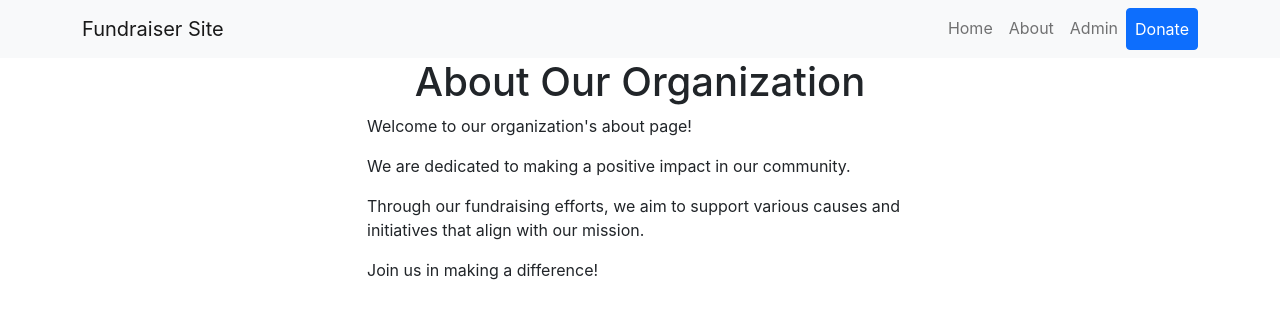
Repository: DragonFruit8/Fundraiser-Page
Page: /about
These files come from the project's save history. The page is drawn as it stood at one moment and after the next save; the edit follows.
The browser window is 1280 px wide. The pictures show the whole page.
The project was rebuilt for these pictures with package versions that can differ from the ones it lists, and the page was loaded fresh each time. Also part of the build but not shown: src/pages/Home.js, src/pages/Donate.js, src/pages/Admin.js.

Above is the page before, as saved 2024-07-19 12:45:23.

### public/index.html
<!DOCTYPE html>
<html lang="en">
  <head>
    <meta charset="utf-8" />
    <link rel="icon" href="%PUBLIC_URL%/favicon.ico" />
    <meta name="viewport" content="width=device-width, initial-scale=1" />
    <meta name="theme-color" content="#000000" />
    <meta
      name="description"
      content="Web site created using create-react-app"
    />
    <link rel="apple-touch-icon" href="%PUBLIC_URL%/logo192.png" />
    <link
      href="https://cdn.jsdelivr.net/npm/bootstrap@5.0.2/dist/css/bootstrap.min.css"
      rel="stylesheet"
      integrity="sha384-EVSTQN3/azprG1Anm3QDgpJLIm9Nao0Yz1ztcQTwFspd3yD65VohhpuuCOmLASjC"
      crossorigin="anonymous"
    />
    <!--
      manifest.json provides metadata used when your web app is installed on a
      user's mobile device or desktop. See https://developers.google.com/web/fundamentals/web-app-manifest/
    -->
    <link rel="manifest" href="%PUBLIC_URL%/manifest.json" />
    <!--
      Notice the use of %PUBLIC_URL% in the tags above.
      It will be replaced with the URL of the `public` folder during the build.
      Only files inside the `public` folder can be referenced from the HTML.

      Unlike "/favicon.ico" or "favicon.ico", "%PUBLIC_URL%/favicon.ico" will
      work correctly both with client-side routing and a non-root public URL.
      Learn how to configure a non-root public URL by running `npm run build`.
    -->
    <title>React App</title>
  </head>
  <body>
    <noscript>You need to enable JavaScript to run this app.</noscript>
    <div id="root"></div>
    <!--
      This HTML file is a template.
      If you open it directly in the browser, you will see an empty page.

      You can add webfonts, meta tags, or analytics to this file.
      The build step will place the bundled scripts into the <body> tag.

      To begin the development, run `npm start` or `yarn start`.
      To create a production bundle, use `npm run build` or `yarn build`.
    -->
    <script
      src="https://cdn.jsdelivr.net/npm/bootstrap@5.0.2/dist/js/bootstrap.bundle.min.js"
      integrity="sha384-MrcW6ZMFYlzcLA8Nl+NtUVF0sA7MsXsP1UyJoMp4YLEuNSfAP+JcXn/tWtIaxVXM"
      crossorigin="anonymous"
    ></script>
    <script
      src="https://cdn.jsdelivr.net/npm/@popperjs/core@2.9.2/dist/umd/popper.min.js"
      integrity="sha384-IQsoLXl5PILFhosVNubq5LC7Qb9DXgDA9i+tQ8Zj3iwWAwPtgFTxbJ8NT4GN1R8p"
      crossorigin="anonymous"
    ></script>
    <script
      src="https://cdn.jsdelivr.net/npm/bootstrap@5.0.2/dist/js/bootstrap.min.js"
      integrity="sha384-cVKIPhGWiC2Al4u+LWgxfKTRIcfu0JTxR+EQDz/bgldoEyl4H0zUF0QKbrJ0EcQF"
      crossorigin="anonymous"
    ></script>
  </body>
</html>

### src/App.js
import React from 'react';
import { BrowserRouter as Router, Route, Routes } from 'react-router-dom';
import Home from './pages/Home';
import About from './pages/About';
import Donate from './pages/Donate';
import Admin from './pages/Admin';
import Navbar from './components/Navbar';

const App = () => {
  return (
    <Router>
      <Navbar />
      <Routes>
        <Route path="/" element={<Home />} />
        <Route path="/about" element={<About />} />
        <Route path="/donate" element={<Donate />} />
        <Route path="/admin" element={<Admin />} />
      </Routes>
    </Router>
  );
};

export default App;

### src/pages/About.js
import React from 'react';

const About = () => {
    return (
        <div className="container">
            <h1 className="text-center">About Our Organization</h1>
            <div className="row justify-content-center">
                <div className="col-md-6">
                    <p>Welcome to our organization's about page!</p>
                    <p>We are dedicated to making a positive impact in our community.</p>
                    <p>Through our fundraising efforts, we aim to support various causes and initiatives that align with our mission.</p>
                    <p>Join us in making a difference!</p>
                </div>
            </div>
        </div>
    );
};

export default About;

### src/components/Navbar.js
import React from 'react';
import { Link } from 'react-router-dom';

const Navbar = () => {
    return (
        <nav className="navbar navbar-expand-lg navbar-light bg-light">
            <div className="container">
                <Link className="navbar-brand" to="/">Fundraiser Site</Link>
                <button className="navbar-toggler" type="button" data-bs-toggle="collapse" data-bs-target="#navbarNav" aria-controls="navbarNav" aria-expanded="false" aria-label="Toggle navigation">
                    <span className="navbar-toggler-icon"></span>
                </button>
                <div className="collapse navbar-collapse" id="navbarNav">
                    <ul className="navbar-nav ms-auto">
                        <li className="nav-item">
                            <Link className="nav-link" to="/">Home</Link>
                        </li>
                        <li className="nav-item">
                            <Link className="nav-link" to="/about">About</Link>
                        </li>
                        <li className="nav-item">
                            <Link className="nav-link" to="/admin">Admin</Link>
                        </li>
                        <li className="nav-item">
                            <Link className="nav-link btn btn-primary text-white" to="/donate">Donate</Link>
                        </li>
                    </ul>
                </div>
            </div>
        </nav>
    );
}

export default Navbar;

Loaded but not shown: src/index.js (common file); src/index.css (common file)

After the next save:
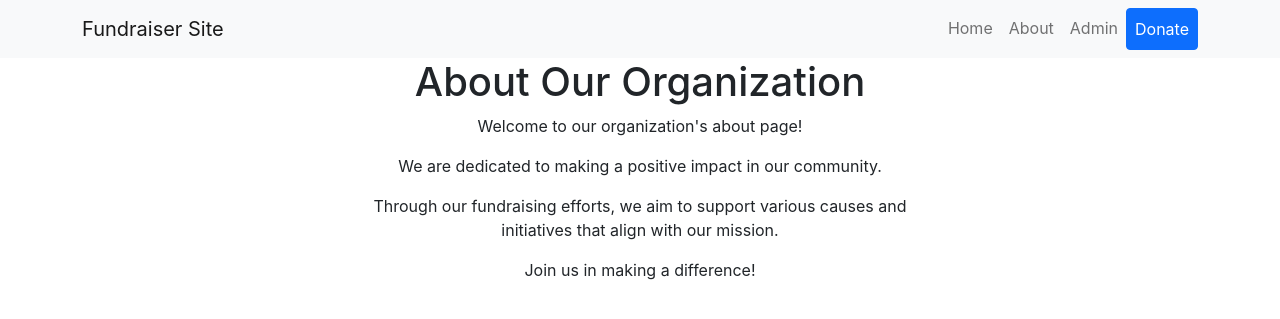
Saved 34 s later.
--- a/src/pages/About.js
+++ b/src/pages/About.js
@@ -5,7 +5,7 @@ const About = () => {
         <div className="container">
             <h1 className="text-center">About Our Organization</h1>
             <div className="row justify-content-center">
-                <div className="col-md-6">
+                <div className="col-md-6" style={{ textAlign: 'center' }}>
                     <p>Welcome to our organization's about page!</p>
                     <p>We are dedicated to making a positive impact in our community.</p>
                     <p>Through our fundraising efforts, we aim to support various causes and initiatives that align with our mission.</p>
